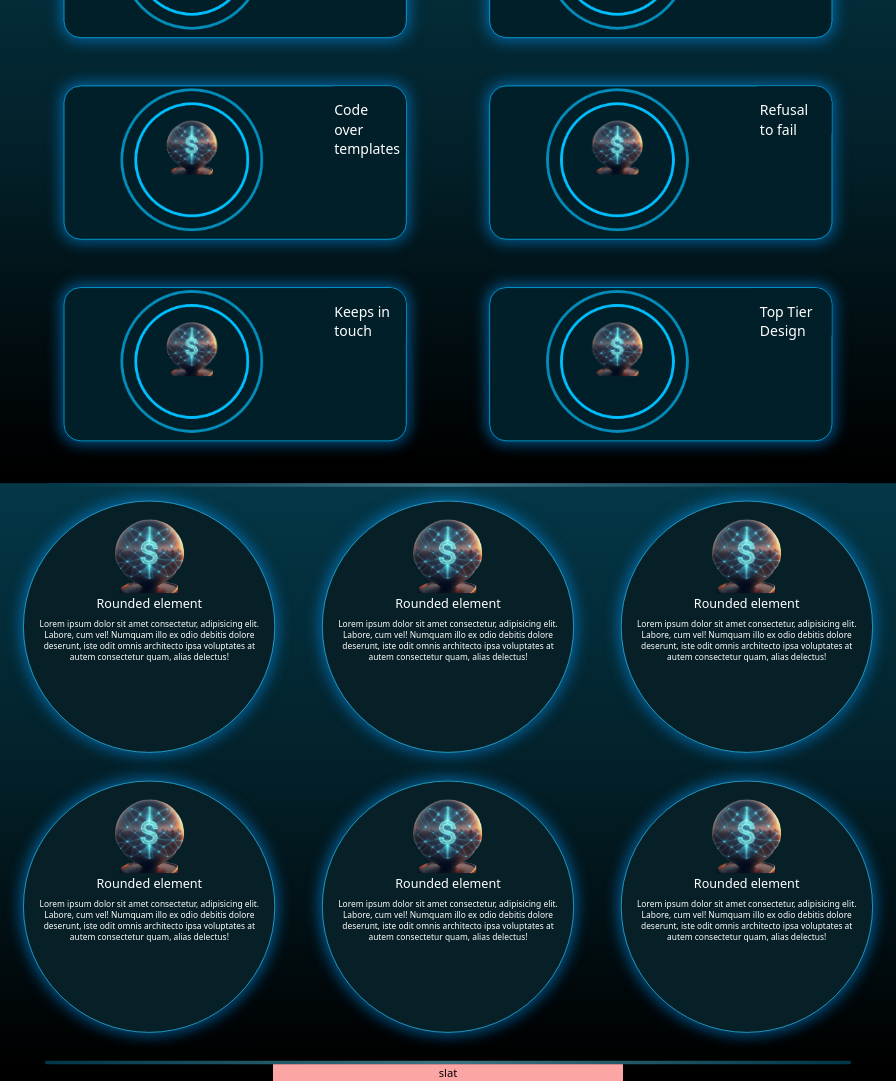
Repository: TMuse333/q3-desings2
Page: /
These files come from the project's save history. The page is drawn as it stood at one moment and after the next save; the edit follows.
The browser window is 1280 px wide. The pictures show the part of the page from y = 946 to 2866 px (the page is 2490 px tall before and 2866 px after), at 70% of full size.
The project was rebuilt for these pictures with package versions that can differ from the ones it lists, and the page was loaded fresh each time. Also part of the build but not shown: vite.config.ts.

Above is the page before, as saved 2024-05-11 14:17:24.

### src/main.tsx
import React from 'react'
import ReactDOM from 'react-dom/client'
import App from './App.js'
import './index.css'
import {ContextProvider} from './context/context'

ReactDOM.createRoot(document.getElementById('root')!).render(
  <ContextProvider>
  <React.StrictMode>
    <App />
  </React.StrictMode>
  </ContextProvider>,
)

### src/App.tsx


import './App.css'

import Homepage from './components/homepage/homepage'

function App() {


  return (
    <>
<Homepage/>
    </>
  )
}

export default App

### src/index.css
@tailwind base;
@tailwind components;
@tailwind utilities;

#root{
    background-color: black;
    height:100vh;
}

body{
    background-color: black;
}

button{
    padding:0.5rem 2rem;
    background-color: black;
    color:white;
    border-radius: 1rem;
}

h1{
    color:white;
    font-size: 2rem;
}

p{
    color:white;
    /* font-size: 1.5rem; */
}

button{
    background-color: #00769e;
}

.glow {
    box-shadow: 0 0 20px 5px #3e7384;
    box-shadow: 0 0 20px 5px #003647;
box-shadow: 0 0 20px 5px rgba(2, 148, 245, 0.5);
}

.glow:hover{
    box-shadow: 0 0 40px 5px rgba(2, 148, 245, 0.5);
}

### src/context/context.tsx
import React, { createContext, useState, useContext, ReactNode, useEffect } from 'react';

// Define the type for the context value
interface GeneralContextType {
  textYPosition: number;
  setTextYPosition: React.Dispatch<React.SetStateAction<number>>;
  isMobile: boolean;
  setIsMobile: React.Dispatch<React.SetStateAction<boolean>>;
  setSecondCircleComplete:React.Dispatch<React.SetStateAction<boolean[]>>;
  secondCircleComplete: boolean[];
  isMobile2: boolean;
  setIsMobile2: React.Dispatch<React.SetStateAction<boolean>>;
  handleCircleComplete: (index: number, value: boolean) => void;
}

// Create the context
export const GeneralContext = createContext<GeneralContextType | undefined>(undefined);

// Create a provider component
export const ContextProvider: React.FC<{ children: ReactNode }> = ({ children }) => {
  // Initialize the value state
  const [textYPosition, setTextYPosition] = useState<number>(0);

  // Detect mobile devices
  const [isMobile, setIsMobile] = useState<boolean>(window.innerWidth <= 655);

  const [isMobile2, setIsMobile2] = useState<boolean>(window.innerWidth <= 655);

  const [secondCircleComplete, setSecondCircleComplete] = useState<boolean[]>(
    Array.from({ length: 7 }, () => false)
  );

  const handleCircleComplete = (index: number, value: boolean) => {
    setSecondCircleComplete((prev) => {
      const newState = [...prev]; // Create a copy of the previous state array
      newState[index] = value; // Update the value at the specified index
      return newState; // Return the new state array
    });
  };



  useEffect(() => {
    const handleScroll = () => {
      setIsMobile(window.innerWidth <= 655);
    };
    window.addEventListener('scroll', handleScroll);
    handleScroll();

    return () => {
      window.removeEventListener('scroll', handleScroll);
    };
  }, []);

  useEffect(() => {
    const handleScroll = () => {
      setIsMobile2(window.innerWidth <= 400);
    };
    window.addEventListener('scroll', handleScroll);
    handleScroll();

    return () => {
      window.removeEventListener('scroll', handleScroll);
    };
  }, []);

  useEffect(() => {
    console.log('is mobile', isMobile);
  }, [isMobile]);

  const contextValue = {
    textYPosition,
    setTextYPosition,
    isMobile,
    setIsMobile,
    secondCircleComplete,
    setSecondCircleComplete,
    isMobile2,
    setIsMobile2,
    handleCircleComplete
  };

  return <GeneralContext.Provider value={contextValue}>{children}</GeneralContext.Provider>;
};

export const useGeneralContext = (): GeneralContextType => {
  const context = useContext(GeneralContext);
  if (!context) {
    throw new Error('useGeneralContext must be used within a ContextProvider');
  }
  return context;
};

### src/App.css
#root {
  max-width: 1280px;
  margin: 0 auto;
  padding: 2rem;
  text-align: center;
}

.logo {
  height: 6em;
  padding: 1.5em;
  will-change: filter;
  transition: filter 300ms;
}
.logo:hover {
  filter: drop-shadow(0 0 2em #646cffaa);
}
.logo.react:hover {
  filter: drop-shadow(0 0 2em #61dafbaa);
}

.h1{
  color:red;
}

@keyframes logo-spin {
  from {
    transform: rotate(0deg);
  }
  to {
    transform: rotate(360deg);
  }
}

@media (prefers-reduced-motion: no-preference) {
  a:nth-of-type(2) .logo {
    animation: logo-spin infinite 20s linear;
  }
}

.card {
  padding: 2em;
}

.read-the-docs {
  color: #888;
}

### src/components/homepage/homepage.tsx
import React from "react";
import { CircleInfoGraphic } from "../circleInfographic/circleInfoGraphic";
import Content from "../content/content";
import q3 from '../../media/q3-visuals-logo-2.png'
import TextFormat from "../textFormat/textFormat";

// import { TextParallaxContentExample } from "../parallaxText/parallaxText";
import MultiLayerParallax from "../mountainParallax/mountainParallax";
import ParticlesComponent from "../particles/particles";
import nobgLaptop from '../../media/Gemini_Generated_Image_r055a1r055a1r055-removebg-preview.png'
import moneyBall from '../../media/futuristic-money-ball-removebg-preview.png'
import { description1 } from "../../data/data";
import AlternatingText from "../alternatingText/alternatingText";

import CircleList from "../circleListElement/circleList";
import Carousel from "../carousel/carousel";


const Homepage: React.FC = () => {

    const images = [
        moneyBall,
        nobgLaptop,
        q3
    ]


    // useEffect(() => {
    //     const loadTime = window.performance.timing.loadEventEnd - window.performance.timing.navigationStart;
    //     console.log('Page load time:', loadTime, 'milliseconds');
    // }, []);



    return (
        <section className="absolute top-0 left-0 w-screen">


            {/* <ParticlesComponent/> */}
            <MultiLayerParallax/>

            {/* <TextParallaxContentExample/> */}

            {/* <Content
            mainTitle='Your digital presence is important'
            image={nobgLaptop}
            customText={null}
            reverse={true}
            description={description1}
            floatingImage={true}
            hasAnimation={true}
            />

            <AlternatingText/>

            <Content
            mainTitle='Benefits of a website'
            image={moneyBall}
            customText={<TextFormat
            isAnimated={true}
            reverse={false}/>}
            reverse={false}
            description={null}
            floatingImage={true}
            hasAnimation={true}

            /> */}



<div className="relative bg-gradient-to-b from-[#043747] via-[#032029] to-transparent w-screen">
<CircleList/>
</div>

<div className="relative bg-gradient-to-b from-[#043747] via-[#032029] to-transparent w-screen">

<CircleInfoGraphic/>
</div>


<Carousel images={images}

/>




        </section>
    )
}


export default Homepage

### src/components/circleInfographic/circleInfoGraphic.tsx
import React, {useState,useRef } from "react";
import ball from '../../media/futuristic-money-ball-removebg-preview.png'
import { motion,Variants} from 'framer-motion'
import useIntersectionObserver from "../intersectionObserver/intersectionObserver";
interface CircleProps {
    image:string
}

const CircleElement: React.FC<CircleProps> = ({image}) => {

    const [inView, setInView] = useState<boolean>(false)

    const options = {
        root: null,
        rootMargin: '-25px',
        threshold: 1,
    };

    // Apply intersection observer hook to detect when the component is in view
    const componentRef = useIntersectionObserver(setInView, options);

    const circleVariants:Variants =  {
        initial:{
            opacity:0,
            y:-60
        },
        animate:{
            opacity:1,
            y:0
        }
    }

    return (
        <motion.section
        ref={componentRef}
        variants={circleVariants}
        initial='initial'
        animate={inView ? 'animate' : 'initial'}
         className={`mt-5 mb-5
        rounded-full bg-[#071f26] hover:bg-[#0e3a47]
        mr-auto ml-auto transition-all
        h-[95vw] w-[95vw] border border-[#2dc0eb]
        flex flex-col  shadow-xl max-w-[360px]
        max-h-[360px]
        sm:w-[48vw] sm:h-[48vw]
        lg:w-[32vw] lg:h-[32vw]
        ${inView ? 'glow' : ''}`}>

            <div className="mt-4">
            <img className="w-[35vw]
            max-w-[115px] max-h-[115px] h-[35vw]
            sm:w-[10vw] sm:h-[10vw] object-cover
            mr-auto ml-auto"
            src={image}
            />
            <h1 className="text-3xl sm:text-lm lg:text-lg ">Rounded element</h1>
            <p className=" ml-auto mr-auto text-sm sm:text-xs pr-5 pl-5 pt-2">Lorem ipsum dolor sit amet consectetur, adipisicing elit. Labore, cum vel! Numquam illo ex odio debitis dolore deserunt, iste odit omnis architecto ipsa voluptates at autem consectetur quam, alias delectus!</p>
            </div>
        </motion.section>
    )
}


export const CircleInfoGraphic = () => {

    return (
        <>
          <div className="mt-5
        w-[90vw] h-[5px]
         bg-gradient-to-r from-[#003647] via-[#3e7384] to-[#003647]
        ml-auto mr-auto rounded-[200rem]
        ">

       </div>
        <section className={`flex
         justify-center flex-col items-center
          sm:grid sm:grid-cols-2 lg:grid-cols-3
           gap-4 lg:gap-0 w-screen max-w-[1500px]  ml-auto mr-auto
          `}>
            <CircleElement
            image={ball}/>
             <CircleElement
            image={ball}/>
                  <CircleElement
            image={ball}/>
             <CircleElement
            image={ball}/>
             <CircleElement
            image={ball}/>
                  <CircleElement
            image={ball}/>
        </section>
        <div className="mt-5
        w-[90vw] h-[5px]
         bg-gradient-to-r from-[#003647] via-[#3e7384] to-[#003647]
        ml-auto mr-auto rounded-[200rem]">

       </div>
       </>
    )
}

### src/components/mountainParallax/mountainParallax.tsx
import  { useRef } from "react";
import bottom from '../../media/bottom-mountain.png'

import full from '../../media/no-bg-mountain.png'
import q3 from '../../media/q3-words.png'
import { motion, useScroll, useTransform } from 'framer-motion'

export default function MultiLayerParallax() {
    const ref = useRef(null);
    const { scrollYProgress } = useScroll({
      target: ref,
      offset: ["start start", "end start"],
    });
    const backgroundY = useTransform(scrollYProgress, [0, 1], ["0%", "100%"]);
    const textY = useTransform(scrollYProgress, [0, 1], ["-20%", "200%"]);

    return (
      <div
        ref={ref}
        className="w-full h-screen overflow-hidden relative grid place-items-center"
      >
       {/* <motion.div className="z-10 relative"
         style={{ y: textY }}> */}
        <motion.img
style={{
    y:textY
}}
        src={q3}
          className="relative z-10 b"
        />
        {/* <motion.h1 className="relative z-10"
        style={{
            y:textY
        }}>
            slatry
        </motion.h1> */}


        <motion.p style={{
             y:textY
        }}
         className="text-white text-2xl relative z-10  mt-[-30rem] sm:-mt-[40rem]">Elevating Brands with discipline and creativity
         </motion.p>
         {/* </motion.div> */}


        <motion.div
          className="absolute inset-0 z-0"
          style={{
            backgroundImage: `url(${full})`,
            backgroundPosition: "bottom",
            backgroundSize: "cover",
            y: backgroundY,
          }}
        />
        <div
          className="absolute inset-0 z-20"
          style={{
            backgroundImage: `url(${bottom})`,
            backgroundPosition: "bottom",
            backgroundSize: "cover",
          }}
        />
      </div>
    );
  }

### src/components/circleListElement/circleList.tsx
import React, {useState} from "react";
import AppearingCircle from "../circleContent/appearingCircle";
import ball from '../../media/futuristic-money-ball-removebg-preview.png'
import {motion, Variants} from 'framer-motion'
import { useGeneralContext } from "../../context/context";
import laptop from '../../media/Gemini_Generated_Image_r055a1r055a1r055-removebg-preview.png'
import useIntersectionObserver from "../intersectionObserver/intersectionObserver";

interface CircleProps {
    image:string,
    title: string,
    description:string

    index:number
secondCircleComplete: boolean,
handleCircleComplete: (index: number, value: boolean) => void;
}

const CircleListElement: React.FC<CircleProps> = ({image,title, description,
    handleCircleComplete,secondCircleComplete,index
}) => {

    const [descriptionClicked, setDescriptionClicked] = useState<boolean>(false)

    function handleDescriptionClick() {
        setDescriptionClicked(!descriptionClicked)
    }





    const { isMobile }  = useGeneralContext()

    const headerVariants: Variants = {
        initial:{
            opacity:0,
            y: isMobile ? -20 : 0,
        },
        animate:{
            opacity:1,
            y:0,
            transition:{
                delay: 0.3
            }
        }

    }




    return (
        <div className=" relative flex glow justify-center  md:h-[220px]
        h-[220px] sm:h-[auto]
        md:flex-row w-[calc(100vw-5px)]  md:w-[40vw] sm2:w-[40vw] items-center sm:items-start mb-10 md:mt-3 bg-[#011f29]
        rounded-3xl max-w-[490px] ml-auto mr-auto border border-q-blue">
<AppearingCircle
secondCircleComplete={secondCircleComplete}
handleCircleComplete={handleCircleComplete}
image={image}
index={index}


/>
<section className="relative text-left pr-0 flex flex-col bg-[#011f29] rounded-3xl
h-auto min-h-0 max-h-full   items-center z-1">
<motion.h1
onClick={handleDescriptionClick}
variants={headerVariants}
initial={'initial'}
animate={secondCircleComplete ? 'animate' : 'initial'}
 className="text-white text-xl w-[80px]  ml-auto mr-auto mt-5
 "
>{title}
 </motion.h1>

<p className={`rounded-lg text-left mt-3 pl-3 pr-3 bg-blue-600 transition-height ease-in duration-300 bg-blue-800 ${descriptionClicked ? ' h-[220px] w-[125px] overflow-scroll pt-5 border-2 border-rose-500' : 'h-0 w-[125px]  overflow-hidden pt-0'}`}>
  {description}
</p>
</section>

        </div>
    )
}



const CircleList: React.FC = () => {

    const {secondCircleComplete, handleCircleComplete}
    = useGeneralContext()

    return (
        <>
        <h1>We get it done</h1>
 <section className="relative
         sm2:grid sm2:grid-cols-2 gap-4 max-w-[1200px] ml-auto
         mr-auto justify-center items-center
">
            {/* <div className="-translate-x-5"> */}
            <CircleListElement
            handleCircleComplete={handleCircleComplete}
            secondCircleComplete={secondCircleComplete[0]}
        index={0}
            image={ball}
            title='Absolute Tenacity'
            description='Be a man of your word'
            />
            {/* </div> */}
            <CircleListElement
            secondCircleComplete={secondCircleComplete[1]}
            handleCircleComplete={handleCircleComplete}
            index={1}
            image={laptop}

            title='Extreme Discipline'
            description='Gym. Code. Quantum Realm. Repeat'
            />

            <CircleListElement
            secondCircleComplete={secondCircleComplete[2]}
            handleCircleComplete={handleCircleComplete}
            index={2}
            image={ball}
            title='Code over templates'
            description='We are not template using pussies we write banging code'
            />

            <CircleListElement
            secondCircleComplete={secondCircleComplete[3]}
            handleCircleComplete={handleCircleComplete}
            index={3}
            image={ball}
            title='Refusal to fail'
            description='Gym. Code. Quantum Realm. Repeat'
            />

<CircleListElement
secondCircleComplete={secondCircleComplete[4]}
handleCircleComplete={handleCircleComplete}
index={4}
            image={ball}
            title='Keeps in touch'
            description='We are not template using pussies we write banging code'
            />

            <CircleListElement
            secondCircleComplete={secondCircleComplete[5]}
            handleCircleComplete={handleCircleComplete}
            index={5}
            image={ball}
            title='Top Tier Design'
            description='Gym. Code. Quantum Realm. Repeat'
            />



        </section>
        </>
    )
}

export default CircleList

### src/components/carousel/carousel.tsx
import React, {useState} from 'react'
import { ChevronLeft, ChevronRight } from "react-feather";

interface CarouselProps {
    images:string[]
}


const Carousel:React.FC<CarouselProps> = ({images}) =>{

    const [imageIndex, setImageIndex] = useState<number>(0)

    const handleNext = () => {
        setImageIndex((prevIndex) => (prevIndex + 1) % images.length);
      };

      const handlePrev = () => {
        setImageIndex((prevIndex) => (prevIndex - 1 + images.length) % images.length);
      };

    return (
        <>

        <div className='w-screen  z-3
flex
justify-center items-center'>


        <section className=' relative w-[500px] bg-red-300
        h-   '>
            slat

            {/* <div className='flex   relative '
             >
                {images.map((image,index) => (
                    <img src={image}
                    key={index}
                    className='transition-transform
                    h-[500px]
                    border border-white
                    '
                    style={{
                        transform:`translateX(-${imageIndex * 100}%)`
                    }}

                    />
                ))}
                    <div className=' w-[100%]
                    flex flex-row justify-between
                    top-[50%]'>



                <button className='bg-transparent absolute
                left-[0%] top-[50%] p-0'>
                    <ChevronLeft
                    onClick={handlePrev}
                    size={40}/>
                </button>

                <button className='bg-transparent absolute
                right-[0%] top-[50%] p-0'>
                 <ChevronRight
                 onClick={handleNext}
                 size={40}/>
                </button>
            </div>
            </div> */}
        </section>
        </div>
            </>

    )
}

export default Carousel

### src/components/intersectionObserver/intersectionObserver.tsx
import { useEffect, useRef, Dispatch, SetStateAction } from "react";

interface IntersectionObserverOptions {
  root: Element | null;
  rootMargin?: string;
  threshold?: number | number[];
}

const useIntersectionObserver = (
  setInView: Dispatch<SetStateAction<boolean>>,
  options: IntersectionObserverOptions
) => {
  const componentRef = useRef<HTMLDivElement>(null);

  useEffect(() => {
    const observer = new IntersectionObserver(([entry]) => {
      // Update the state based on whether the component is in view
      if (entry.isIntersecting) {
        setInView(true);
        observer.disconnect();
      }
    }, options);

    if (componentRef.current) {
      observer.observe(componentRef.current);
    }

    return () => {
      if (componentRef.current) {
        observer.unobserve(componentRef.current);
      }
    };
  }, [setInView, options]);

  return componentRef;
};

export default useIntersectionObserver;

Loaded but not shown: index.html (common file); tailwind.config.js (21 lines, source omitted); src/components/circleContent/appearingCircle.tsx (297 lines, source omitted)

After the next save:
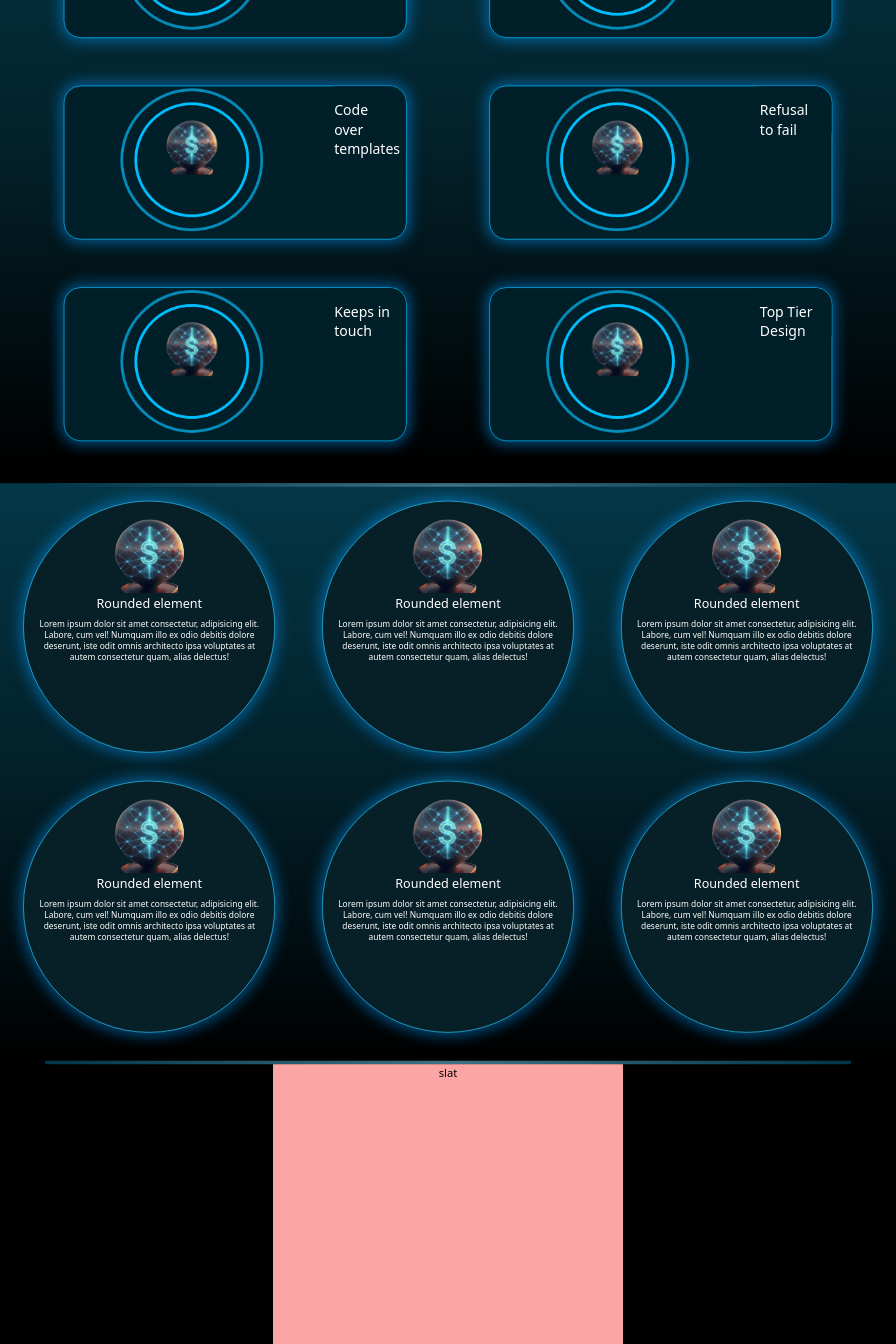
Saved 4 s later.
--- a/src/components/carousel/carousel.tsx
+++ b/src/components/carousel/carousel.tsx
@@ -27,7 +27,7 @@ justify-center items-center'>
 
 
         <section className=' relative w-[500px] bg-red-300
-        h-   '>
+        h-[400px]   '>
             slat
 
             {/* <div className='flex   relative '
